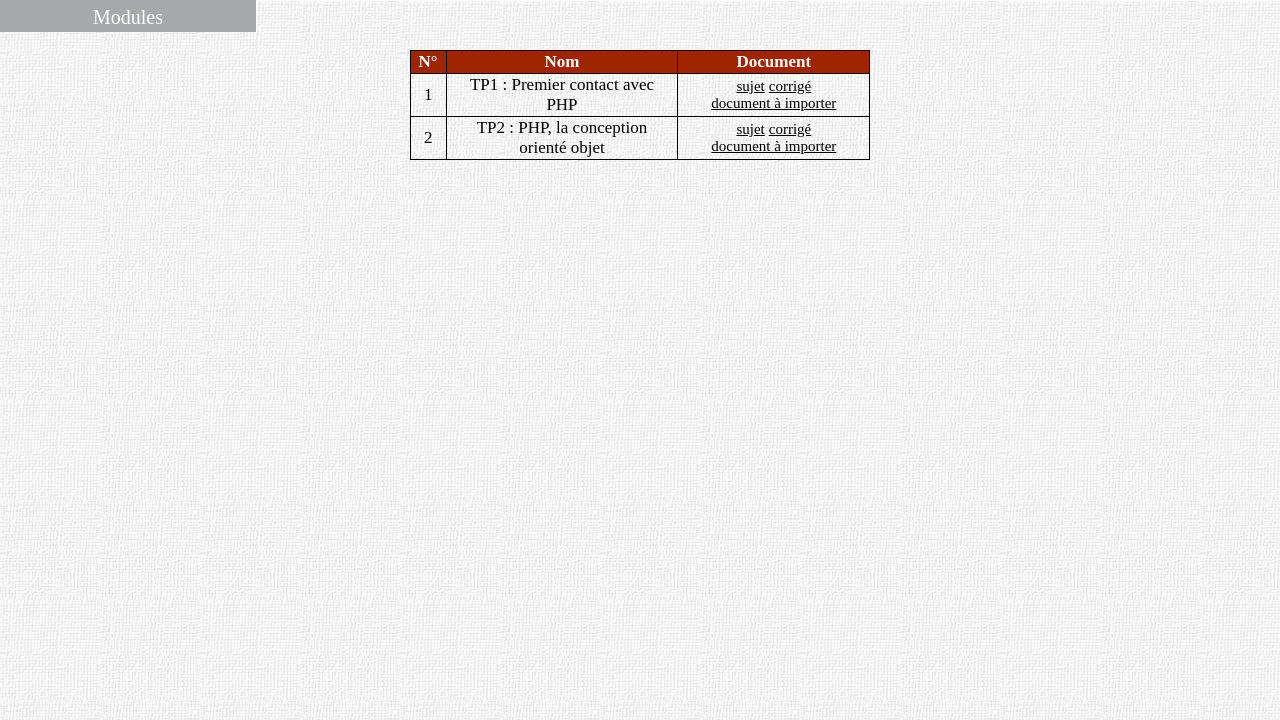
Repository: ValentinArg/PETUT
Page: http://localhost/PETUT/WEB-INF/jsp/eleve/forum.jsp
An editor plug-in stored every save of this project. The page is shown before and after the next save, followed by the edit.
The browser window is 1280 px wide. The pictures show the whole page.
Some web libraries are served in a nearby version. The page is served by Tomcat 9. Nobody is signed in. Other server files are loaded and not shown. The template is opened directly, without the code that normally fills it, so the values that code supplies are empty.

Above is the page before, as saved 2016-11-03 21:52:50.

### PETUT/WebContent/WEB-INF/jsp/eleve/forum.jsp
<%@ page language="java" contentType="text/html; charset=ISO-8859-1"
    pageEncoding="ISO-8859-1"%>
<%@taglib prefix="c" uri="http://java.sun.com/jsp/jstl/core"%>
<!DOCTYPE html PUBLIC "-//W3C//DTD HTML 4.01 Transitional//EN" "http://www.w3.org/TR/html4/loose.dtd">
<html>
	<head>
		<meta http-equiv="Content-Type" content="text/html; charset=ISO-8859-1">
		<link rel ="stylesheet" href = "/PE2I/css/forum.css"/>
		<script type="text/javascript" src="http://code.jquery.com/jquery-1.6.1.min.js"></script>
		<title>PE2I</title>
	</head>
	<body>
		<div style="position: fixed;width:100%;z-index:10;">
			<div class=enTete>
				<p class="boutonHautBas" id="boutonHautBas">Modules</p>
				<ul class="nav" id="nav">
					<c:forEach var="forum" items="${listeForum}">
						<li class=" partie"><a class="forum" id="forum${forum.id}"><c:out value="${forum.nom}"/></a></li>
					</c:forEach>
				</ul>
			</div>
			<div class="navigation" id="navigation">
				<ul id="context">
					<li class="semestres" id="semestre">
						<form>
							<c:forEach var="semestre" items="${listeSemestre}">
								<input class= "semestre" id = "${semestre.id}" type="radio" name="semestre"><c:out value="S${semestre.numero}"/></>
							</c:forEach>
						</form>
					</li>
				</ul>
			</div>
		</div>
		<div class="conteneurGeneral" id="conteneurGeneral">
			<div class="listeSujets">
				<table id="tableauSujets" class="tableau">
					<tr class="enteteTableau">
				       <th>N°</th>
				       <th>Nom</th>
				       <th>Document</th>
	   				</tr>
					<tr class="champTableau">
				       <td style="text-align: center;">1</td>
				       <td>TP1 : Premier contact avec PHP</td>
				       <td><p>sujet</p><p>corrigé</p><p>document à importer</p></td>
				   </tr>
				   <tr class="champTableau">
				       <td style="text-align: center;">2</td>
				       <td>TP2 : PHP, la conception orienté objet</td>
				      <td><p>sujet</p><p>corrigé</p><p>document à importer</p></td>
				   </tr>
				</table>
			</div>
		</div>
		<script type="text/javascript">
			var idModuleClick;
			$( '.semestre' ).click(function(){
				$('.forum').hide(200);
				$("#navigation").find('li').each(
					function(){
						if(this.id != "semestre"){
							$("#"+this.id).remove();
						}
					}
				)
				idSemestre = this.getAttribute('id');
				if(idSemestre != null){
					$.ajax({
						url : '/PE2I/eleves/forum',
						type : 'POST',
						data : 'idSemestre=' + idSemestre,
						success: function(valeur){
							//listeSemestreCLick.addNumeroSemestre(idSemestre,valeur);
							var listeUes = JSON.parse(valeur);
							for(i = 0; i < listeUes.length; i++){
								var li = $("<li class='parent' id='parent"+i+"'/>");
								var p = $("<p class='ue' id='ue"+i+"'> UE "+listeUes[i].numero + " : " +listeUes[i].libelle+"</p>");
								var div = $("<div class='rubrique' id='rubrique"+i+"'/>");
								var ul = $("<ul id=moduleUe"+i+"></ul>")
								$(li).appendTo($("#context"));
								$(p).appendTo(li);
								$(div).appendTo(li);
								$(ul).appendTo(div);
							}
							for(j = 0; j < listeUes.length; j++){
								for(k=0;k<listeUes[j].l.length;k++){
									var li2 = $("<li class='module' id='module"+listeUes[j].l[k].id+"'><p>"+listeUes[j].l[k].numero+"</p></li>")
									$(li2).appendTo($("#moduleUe"+j));
								}
							}
							$(".module").hide();
							$( '.parent' ).click(function(){
								$(".module").slideUp();
								$("#"+this.id).find('li').each(
									function(){
										if(($(this)).is(":visible")){
											cacher($(this).attr('id'));
										}else{
											afficher($(this).attr('id'));
										}

									}
								)
							});
							function afficher(id){
								$("#"+id).slideDown();
							}
							function cacher(id){
								$("#"+id).slideUp();
							}
							$(".module").click(function(){
								$('.forum').show(200);
								idModuleClick = (this.id).replace('module', '');
								return false;
							});
						},
						dataType : 'text'
					})
				}
			});
			//function ajax pour afficher les sujets d'une matière donnée et d'un forum donnée
			$( '.forum' ).click(function(){
				slideBarreModule();
				if(idModuleClick != null){
					$.ajax({
						url : '/PE2I/eleves/forum',
						type : 'POST',
						data : 'idModule=' + idModuleClick + '&idForum='+((this.id).replace('forum','')),
						success : function(valeur){
							$('.sujet').remove();
							var listeSujets = JSON.parse(valeur);
							//identifiant = identifiant du sujet se trouvant dans la listeSujets.id
							var tr = $('<tr class="sujet" id=""/>');
							$(tr).appendTo($("#listeSujet"));
							var tdQuestion = $('<td/>');
							var tdAuteur = $('<td/>');
							var tdDate = $('<td/>');
							tdQuestion.text("quel est le resultat de la requete");
							tdAuteur.text("Bremec Florian");
							tdDate.text("14/05/2016");
							$(tdQuestion).appendTo(tr);
							$(tdAuteur).appendTo(tr);
							$(tdDate).appendTo(tr);
					    },
						dataType : 'text'
					});
				}
			});
			var haut = false;
			function slideBarreModule(){
				if(!haut){
					$('#context').slideUp()
					if($('#context').is(':animated')){
						checkAnimate();
					}
					haut = true;
				}else{
					document.getElementById('conteneurGeneral').style.marginLeft="20%";
					document.getElementById('conteneurGeneral').style.width="80%";
					$('#context').slideDown();
					if($('#context').is(':animated')){
						checkAnimate();
					}
					haut = false;
				}
			}
			function checkAnimate() {
	            if( $( '#context' ).is( ':animated' )) {
	                setTimeout(function() {
	                    checkAnimate();
	                }, 0 );
	            }else{
	            	if(haut){
	            		document.getElementById('conteneurGeneral').style.marginLeft="0%";
	            		document.getElementById('conteneurGeneral').style.width="100%";
	            	}
	            }
	        }
			$( '#boutonHautBas' ).click(function(){
				slideBarreModule()});

			$('.forum').hide();
			var longueurDivTableau = ($(".tableau").width()*100);
			var pourcentage = (longueurDivTableau/($(document).width()));
			var resultat = "10%";
			alert(resultat);
			document.getElementById('tableauSujets').style.marginLeft = '"'+resultat+'%"';
		</script>
	</body>
</html>

### PETUT/WebContent/css/forum.css
@CHARSET "ISO-8859-1";


.enTete{
	position:relative;
	width:100%;
	top:0;
	z-index:15;
}

.nav{
	top:0;
	left:top;
	display:block;
	vertical-align:top;
	list-style : none;
	margin:0;
	padding-left:20%;
	background: #444;
	border-bottom:solid 1px white;
	text-align:left;
}

.partie {


	display: inline-block;
	padding:6px;
	font-size:20px;
	height:20px;
	vertical-align:top;



}

.partie:hover{

	/*background: LightCoral;*/
	background:#A7A8AA;
}

.partie a{

	color:white;
	text-decoration:none;
	display:block;
	position:relative;
	top: 50%; /* poussé de la moitié de hauteur du référent */
	transform: translateY(-50%);
	padding:10px;

}

a{
	cursor:pointer;
	text-decoration: none;

}

body{

	margin:0;
	padding:0;

}

.boutonHautBas{
	position: absolute;
	margin:0;
	height:20px;
	font-size:20px;
	display:inline-block;
	width:20%;
	text-align:center;
	vertical-align:top;
	padding-top:6px;
	padding-bottom:6px;
	color:white;
	border-right:solid 1px white;
	z-index:10;
}

.boutonHautBas:hover{
	background:#A7A8AA;
	cursor:pointer;
}

.parent{

	list-style:none;
	font-size:20px;
	cursor:pointer;
	width:100%;
	display:inline-block;

}
.navigation ul{
	width:100%;
	display:inline-block;

}
ul{
	margin:0;
	padding:0;
}
.ue {

	border-top:solid 1px white;
	display:block;
	padding:10px;
	text-align:center;
	background-color:rgb(158,37,0);
	margin:0;
}
.ue:hover{
	color:white;
}
.module{
	border-top:solid 1px white;
}
.module p{
	border:none;
	display: block;
	padding:10px;
	text-align:center;
	background-color:#444;
	margin:0;
}
.module p:hover{
	color:white;
	cursor:pointer;
}
.semestres{
	background-color:rgb(158,37,0);
	font-size:20px;
}
a{
	cursor:pointer;
}
body {
	background-image : url(../images/fond.jpg);
	margin:0;
	padding:0;
}
.navigation{
	display:inline-block;
	list-style : none;
	margin:0;
	padding:0;
	position: relative;
	z-index:5;
	width:20%;
	border-bottom:solid 1px white;
	text-align:center;
	height:95.5%;
	max-height:95.3%;
	overflow: auto;
}
.conteneurGeneral{
	text-align:justify;
	display:inline-block;
	height:100%;
	position:relative;
	width: 60%;
	margin:0;
	margin-left:20%;
	margin-right:20%;
	padding:0;
	margin-top:50px;
	vertical-align:top;
}
.selection{
	display:block;
	vertical-align:top;
	list-style : none;
	margin:0;
	background: #444;
	z-index:5;
	height:4.7%;
	border-bottom:solid 1px white;
	text-align: center;

}
.type {
	display: inline-block;
	padding:8px;
	font-size:25px;
	height:20px;
	vertical-align:top;
	width:20%;

}
.type p {
	margin:0;
	padding:0;
	color:white;
	cursor:pointer;
}
.type:hover{
	background:#A7A8AA;

}
.tableau{
	width:60%;
	border-collapse: collapse;
	margin-left: auto;
  	margin-right: auto;
  	font-size:17px;


}
.enteteTableau{
	background-color: rgb(158,37,0);
	color:white;
}
.enteteTableau th{
	border:solid 1px black;
	text-align: center;
	padding-left:8px;
	padding-right:8px;
}


.champTableau td{

	border:solid 1px black;
	padding-left:8px;
	padding-right:8px;
	text-align:center;
}

.champTableau:hover{
	background-color:#444;
	cursor:pointer;
	color:white;
}

.champTableau p:hover{
	background-color:#A7A8AA;
}

.champTableau p{

	margin:0;
	display:inline-block;
	font-size:15px;
	padding-right:2px;
	padding-left:2px;
	text-decoration:underline;
	cursor:pointer;

}

.documents{
	text-align:center;
}

.documents table{
	margin-left: 20%;
    text-align: left;
	width:300px;
	text-align:center;
	font-size:15px;
	cursor:pointer;
}
.documents img{
	width:70px;
}

.dateCommentaire{
	font-size:13px;
}

.enTeteCommentaire p{
	margin:0;
	padding:0;
}

.nomAuteurCommenatire{

	font-size:15px;
}

.commentaire{
	width:80%;
	margin-left:auto;
	margin-right:auto;
	margin-bottom:20px;
}

.enTeteCommentaire{
	padding:5px;
	border:solid 1px black;
	border-bottom:none;
	background:rgb(158,37,0);
	color:white;
}

.corpCommentaire{

	border:solid 1px black;
	padding-left:5px;
	padding-right:5px;
}

.creerPost{
	width:15%;
	margin-left:80%;
	margin-right:5%;
	top:50px;
	position: fixed;
	text-align:center;
}
.creerPost p{
	border:solid 1px black;
	cursor:pointer;
	margin-top:0;
	padding:5px;
}

.repondrePost{
	width:80%;
	margin-left:auto;
	margin-right:auto;
	position:relative;

}

.repondrePost h1{
	font-size:25px;
}

.editeur{
	margin-bottom:5px;
}

.monCompte{
	position :absolute;
	margin:0;
	right:80px;
	font-size:20px;
	padding-top:4px;
	padding-bottom:8px;
	color:white;
}

.home img{
	width:45px;
	position :absolute;
	margin:0;
	right:20px;
	color:white;
}

.fileArrianne {
	margin-left:20%;
	color:#444;
}

.fileArrianne2{
	color:#444;
}

.fileArrianne:hover {
	color:rgb(158,37,0);
}

.fileArrianne2:hover{
	color:rgb(158,37,0);
}

.textAreaReponse{
	width: 80%;
	height:100px;
    margin-left: 10%;
    margin-right: 10%;
    margin-bottom: 20px;
    resize: none;
}

.textAreaQuestion{
	resize:none;
	margin-left:20%;
	margin-right:20%;
	width:60%;
	height:15px;
}
.textAreaTexteQuestion{
	resize:none;
	margin-left:20%;
	margin-right:20%;
	width:60%;
	height:45px;
}

#boutonQuestion{

	float:right;
	margin-right: 20%;
	width: 150px;
	height:30px;
	background:rgb(158,37,0);
	color:white;
	border:none;
}

.poserUneQuestion{
	position:relative;
	width:100%;
	margin-bottom:5%;
}

#boutonRepondre{
	float:right;
	margin-right: 9%;
	width: 100px;
	height:30px;
	background:rgb(158,37,0);
	color:white;
	border:none;
}

.ajoutSujet{

	margin-top:50px;
	border:solid 1px black;
	margin-right:auto;
	margin-left:auto;
	width:337px;
}

.nom{
	margin-left:16%;
	width:68%;
}
.numero{
	margin-left:16%;
	width:68%;
}
#boutonSujet{

	width:100%;
	height:30px;
	background:rgb(158,37,0);
	color:white;
	border:none;
}

.titreSujet{
	display:inline-block;
	text-align:center;
	width:68%;
	margin:0;
	padding:0;
	margin-left:16%;

}

.button {

  background-color: rgb(158,37,0);;
  border: none;
  text-align: center;
  width: 170px;
  cursor: pointer;
  color: #FFFFFF;
  margin-top:10px;
 }

.button span {
  cursor: pointer;
  display: inline-block;
  position: relative;
  transition: 0.5s;
}

.button span:after {
  content: '\00bb';
  position: absolute;
  opacity: 0;
  top: 0;
  right: -20px;
  transition: 0.5s;
}

.button:hover span {
  padding-right: 25px;
}
.button:hover{
	background-color: rgb(158,37,0);
}

.button:hover span:after {
  opacity: 1;
  right: 0;
}

After the next save:
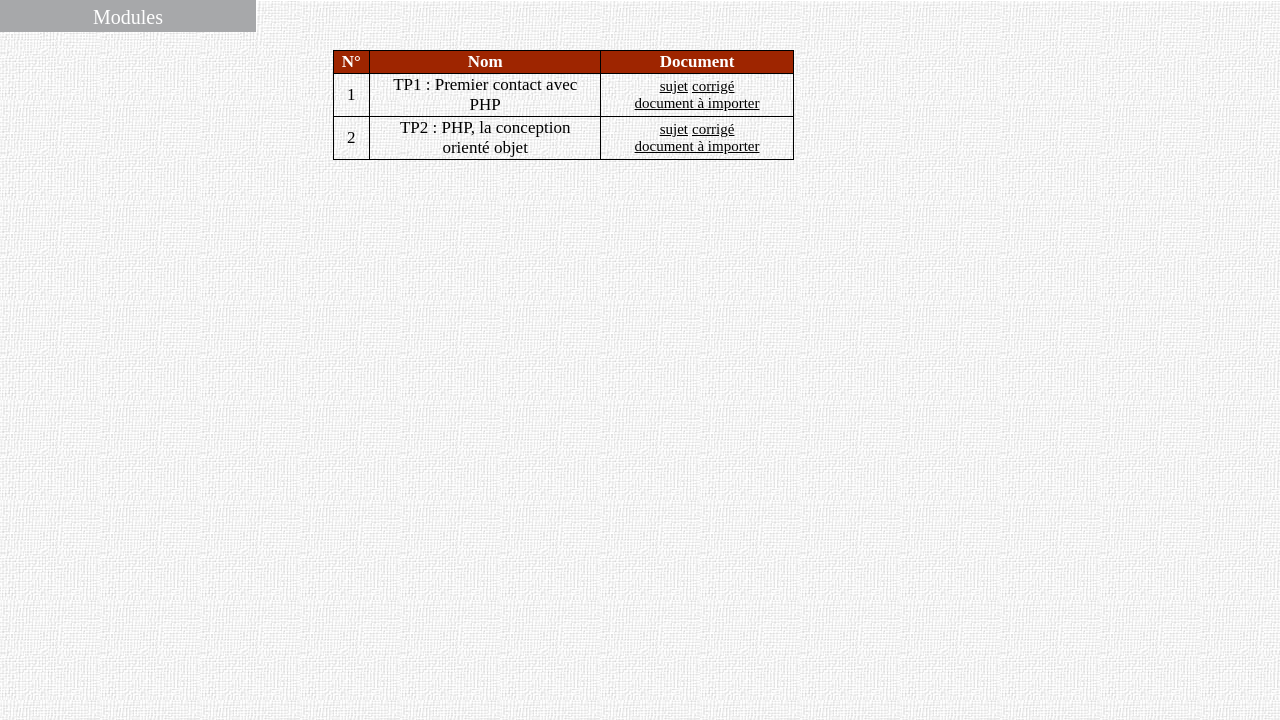
Saved 5 s later.
--- a/PETUT/WebContent/WEB-INF/jsp/eleve/forum.jsp
+++ b/PETUT/WebContent/WEB-INF/jsp/eleve/forum.jsp
@@ -184,7 +184,7 @@
 			var pourcentage = (longueurDivTableau/($(document).width()));
 			var resultat = "10%";
 			alert(resultat);
-			document.getElementById('tableauSujets').style.marginLeft = '"'+resultat+'%"';
+			document.getElementById('tableauSujets').style.marginLeft = resultat;
 		</script>
 	</body>
 </html>

After the save that followed:
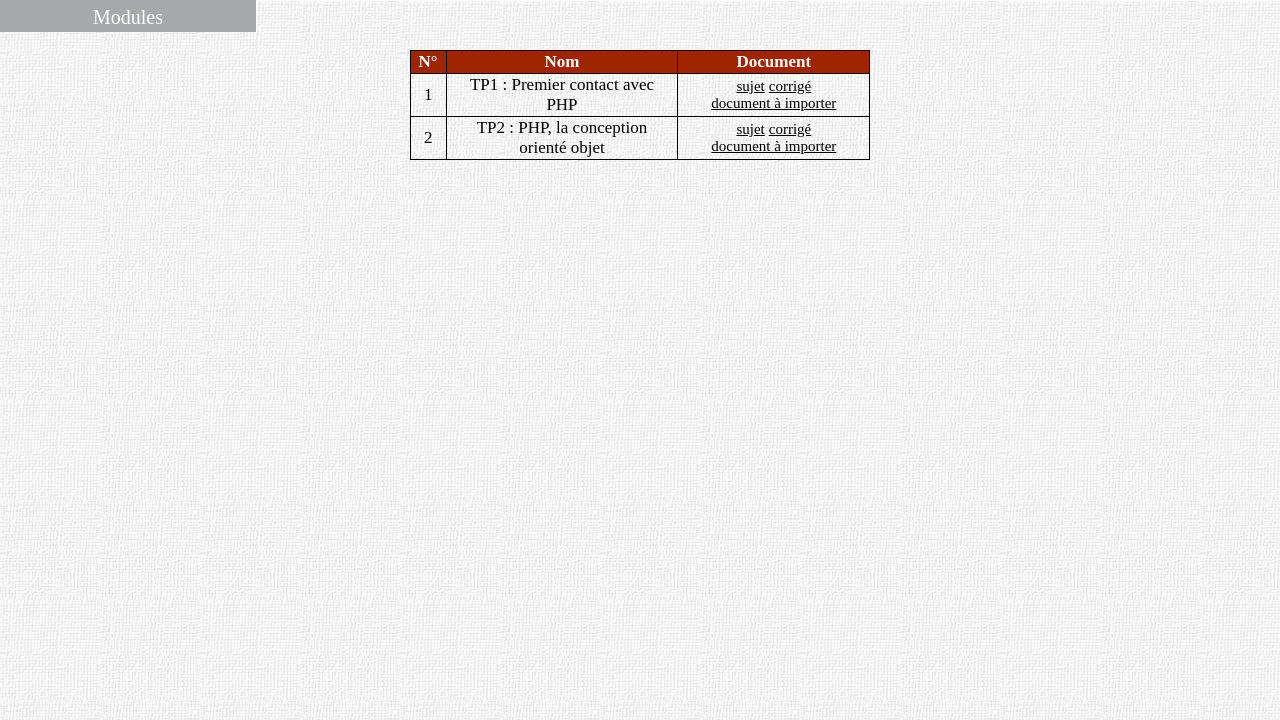
Console error: SyntaxError: Unexpected string
Saved 61 s later.
--- a/PETUT/WebContent/WEB-INF/jsp/eleve/forum.jsp
+++ b/PETUT/WebContent/WEB-INF/jsp/eleve/forum.jsp
@@ -182,9 +182,10 @@
 			$('.forum').hide();
 			var longueurDivTableau = ($(".tableau").width()*100);
 			var pourcentage = (longueurDivTableau/($(document).width()));
-			var resultat = "10%";
+			var resultat = (100-pourcentage)/2;
 			alert(resultat);
-			document.getElementById('tableauSujets').style.marginLeft = resultat;
+			var string = '"'+resultat'%"';
+			document.getElementById('tableauSujets').style.marginLeft = '"'+resultat+'%"';
 		</script>
 	</body>
 </html>
